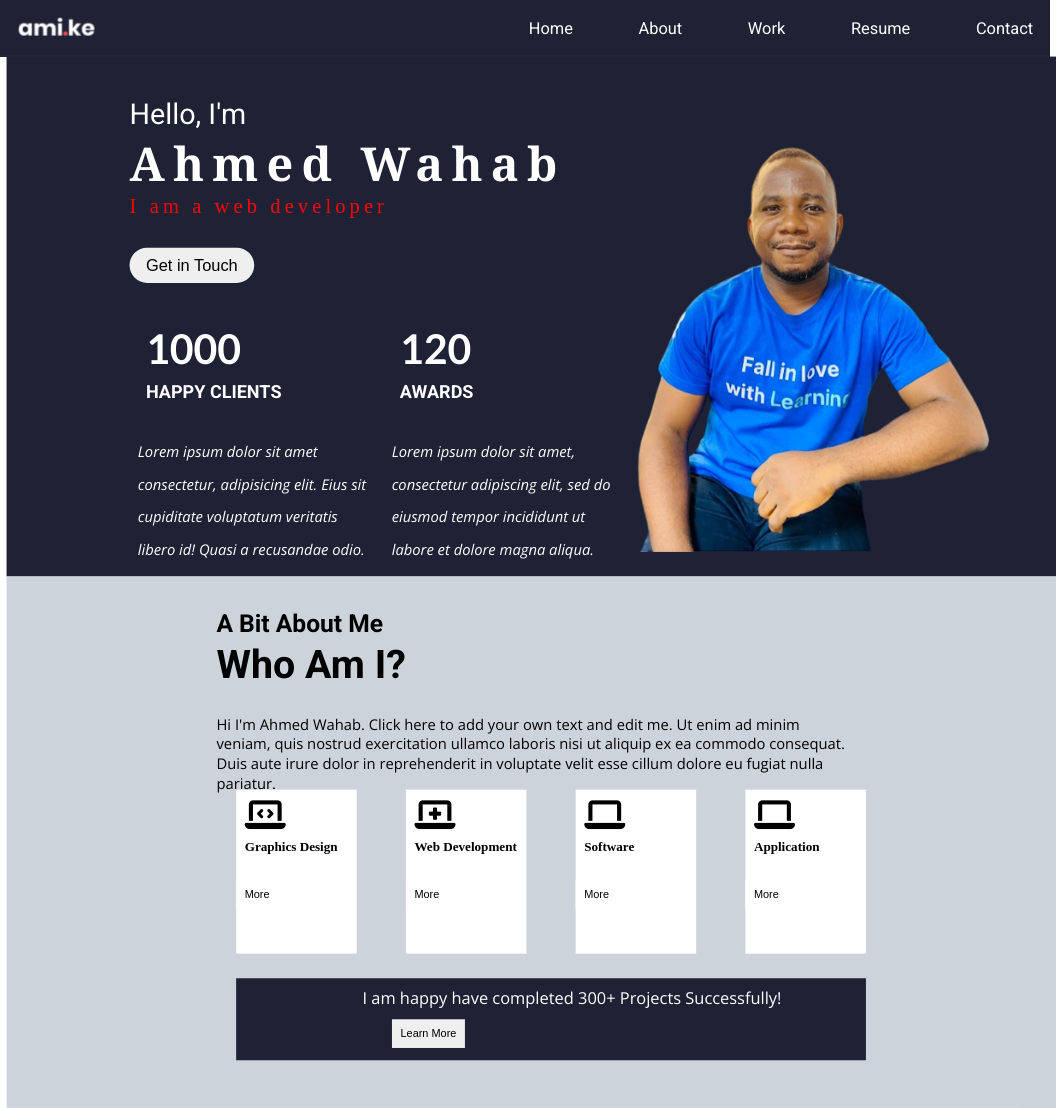
Repository: imokha01/HTML
Page: index.html
The author's editor kept a copy of each file at every save. The page is drawn from the files as they stood at one save, then again after the next save.
The browser window is 1280 px wide. The page is 1288 px wide, so the pictures cover 1288 px, including what lies to the right of the window. The pictures show the whole page, at 82% of full size.

Above is the page before, as saved 2023-11-28 00:13:43.

After the next save:
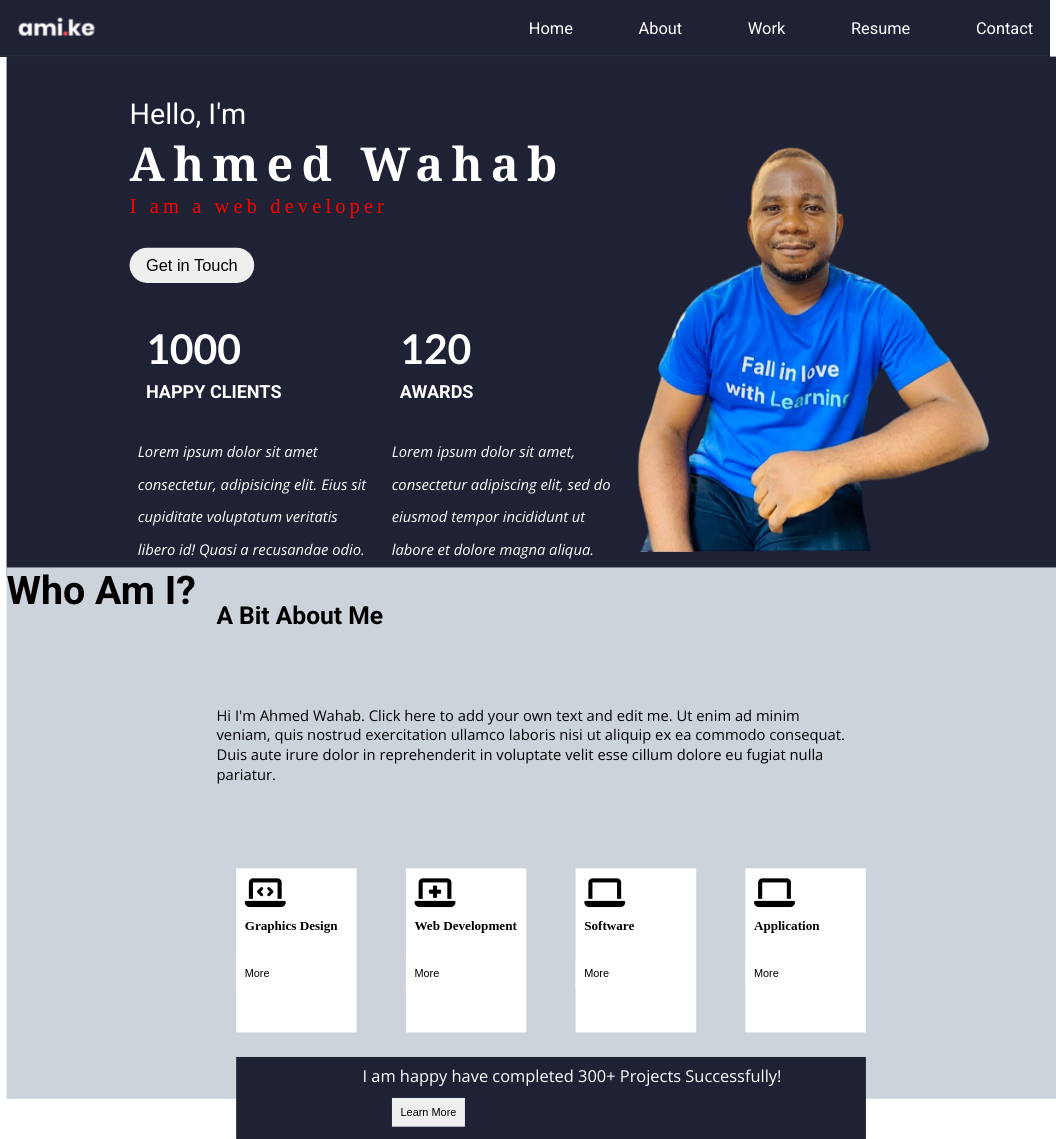
Saved 19 s later.
--- a/index.css
+++ b/index.css
@@ -206,9 +206,9 @@ h1 {
 .about_page h2 {
   font-size: 48px;
   font-family: "Roboto", sans-serif;
-  position: absolute;
+  /* position: absolute;
   left: 20%;
-  top: 40px;
+  top: 40px; */
 }
 
 .about_page h5 {
